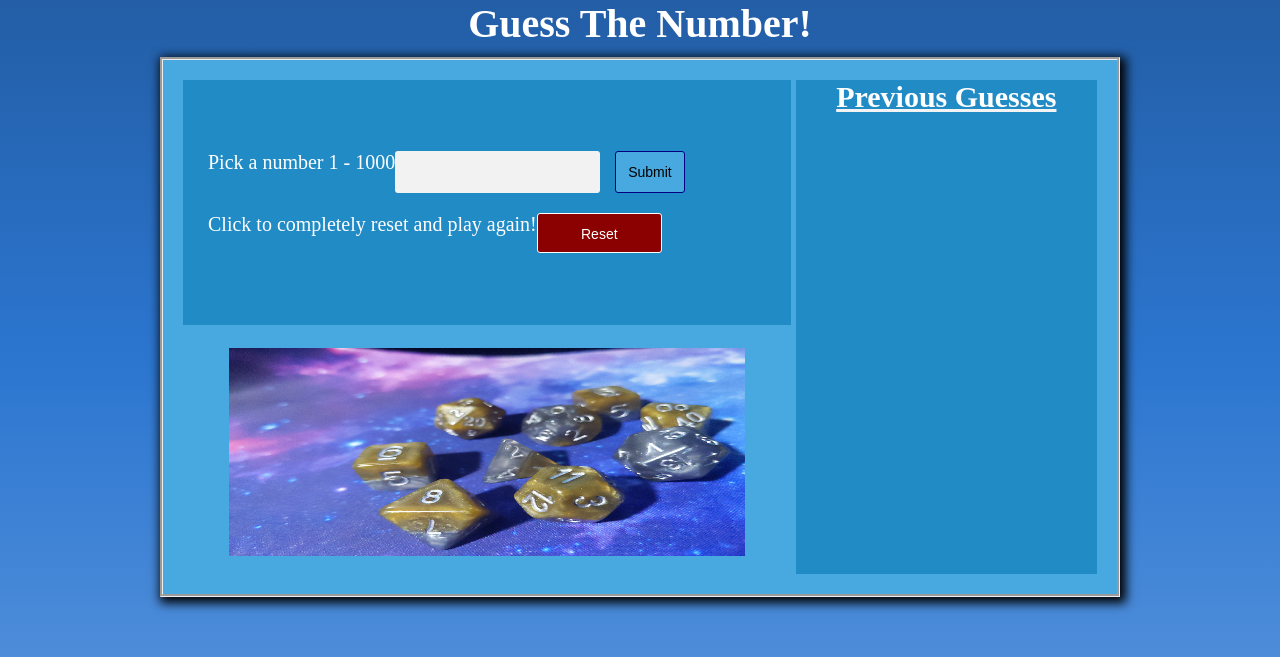
Repository: mlmEFSC21/P15-Modified-Guessing-Game
Page: guess.html
These files come from the project's save history. The page is drawn as it stood at one moment and after the next save; the edit follows.
The browser window is 1280 px wide. The pictures show the whole page.

Above is the page before, as saved 2022-03-23 18:31:57.

After the next save:
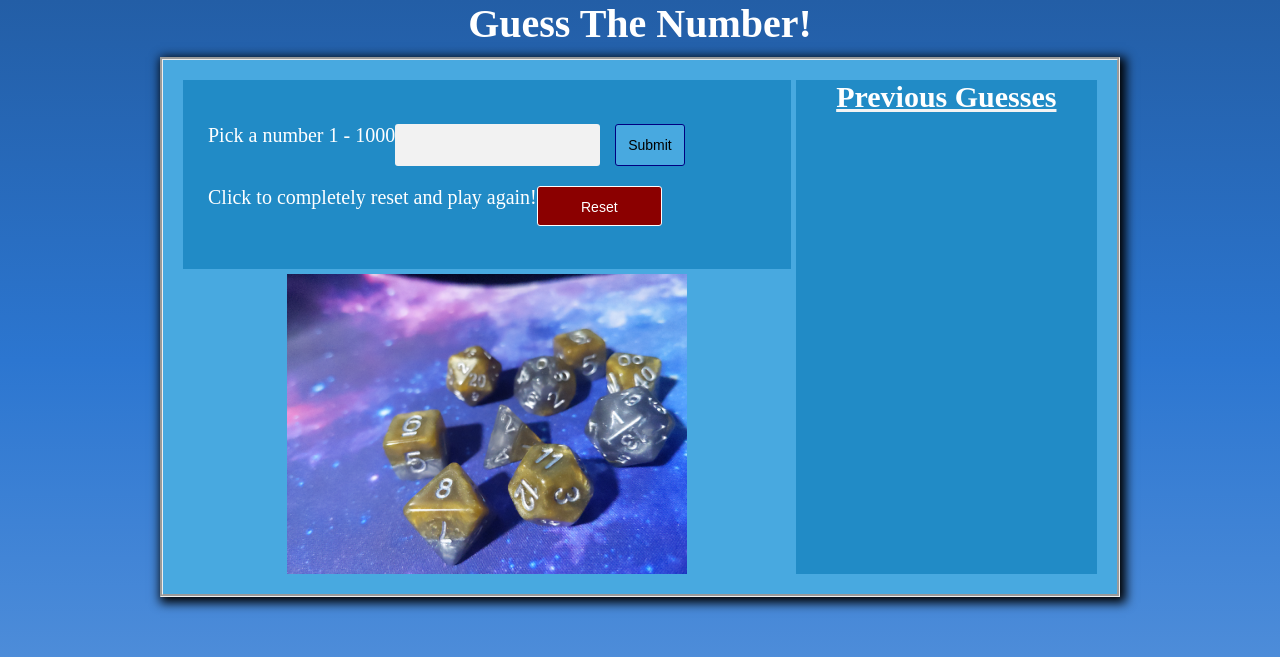
Saved 16 s later.
--- a/guess.css
+++ b/guess.css
@@ -77,8 +77,8 @@ input {
     font-size: 14px;
 }
 img {
-    width: 85%;
-    height: 85%;
+    width: 400px;
+    height: 300px;
     grid-column: 1 / 3;
     grid-row: 3 / 5;
     align-self: center;
